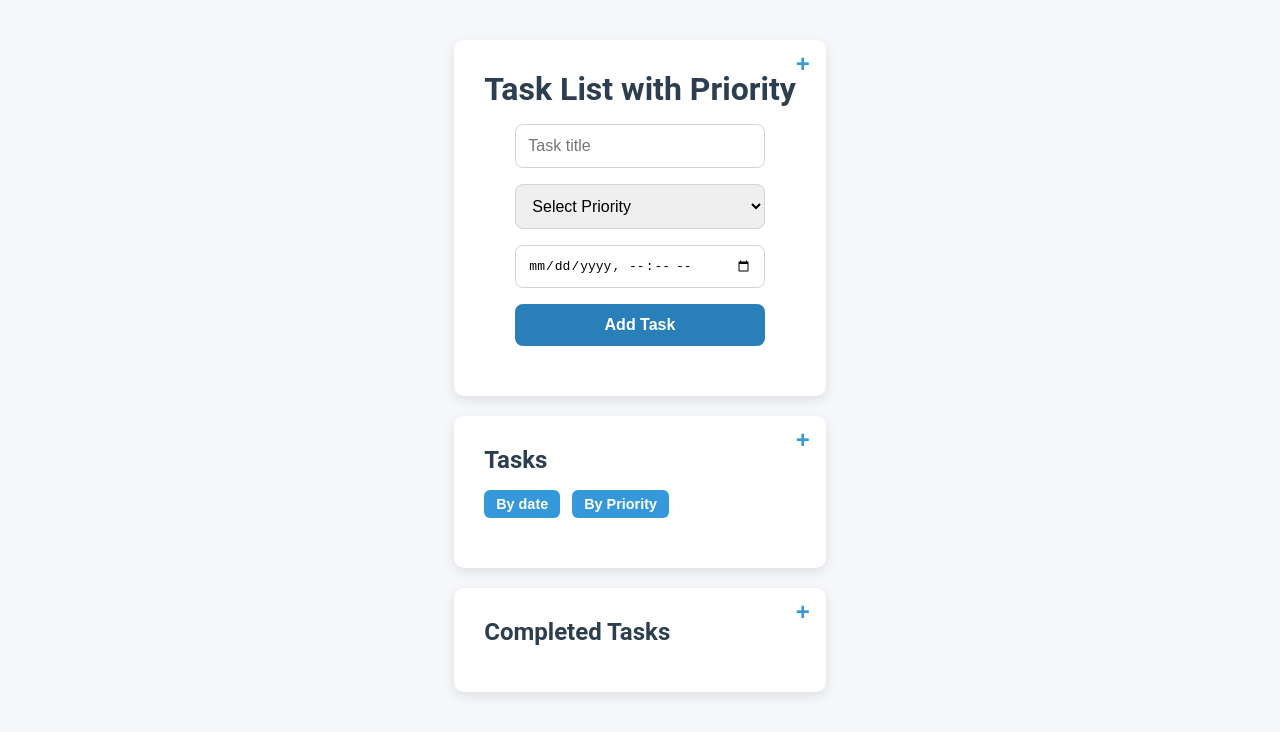
Repository: Lithium87/TaskList
Page: /
The author's editor kept a copy of each file at every save. The page is drawn from the files as they stood at one save, then again after the next save.
The browser window is 1280 px wide. The pictures show the whole page.
The project was rebuilt for these pictures with package versions that can differ from the ones it lists, and the page was loaded fresh each time. Also part of the build but not shown: vite.config.js.

Above is the page before, as saved 2025-07-08 16:28:09.

### src/index.css
/* General app styles */
* {
  box-sizing: border-box;
  margin: 0;
  padding: 0;
}

body {
  font-family: "Roboto", sans-serif;
  background-color: #f5f7fa;
  display: flex;
  justify-content: center;
  align-items: flex-start;
  min-height: 100vh;
  padding: 40px;
  color: #333;
}

.app {
  display: flex;
  flex-direction: column;
  gap: 20px;
  max-width: 500px;
  width: 100%;
}

/* Main container for current tasks and completed tasks */
.task-container,
.completed-task-container {
  position: relative;
  background-color: #ffffff;
  border-radius: 10px;
  box-shadow: 0 4px 12px rgba(0, 0, 0, 0.1);
  padding: 30px;
}

/* Headings */
h1,
h2 {
  color: #2c3e50;
  margin-bottom: 16px;
}

/* Completed Task toggle button */
.completed-header {
  display: flex;
  align-items: center;
  justify-content: space-between;
}

.toggle-button {
  background: none;
  border: none;
  cursor: pointer;
  font-size: 1.2em;
  color: #3498db;
  transition: transform 0.3s ease;
}

.toggle-button.open {
  transform: rotate(180deg);
}

/* Sort buttons container */
.sort-controls {
  display: flex;
  justify-content: start;
  align-items: center;
  gap: 12px;
  margin-bottom: 20px;
}

/* Close/open button for sections */
.close-button {
  background: none;
  border: none;
  font-size: 1.5em;
  font-weight: bold;
  color: #3498db;
  cursor: pointer;
  position: absolute;
  top: 10px;
  right: 16px;
  padding: 0;
  transition: color 0.3s, transform 0.3s ease;
}

.close-button.open {
  transform: rotate(135deg); /* Turns "×" into "+" */
  color: #2980b9;
}

.close-button:hover {
  color: #2980b9;
}

/* Sort buttons */
.sort-button {
  padding: 6px 12px;
  background-color: #3498db;
  border: none;
  color: white;
  font-size: 0.9em;
  font-weight: bold;
  border-radius: 6px;
  cursor: pointer;
  transition: background-color 0.3s;
}

.sort-button.active {
  background-color: #2980b9;
  font-weight: bold;
}

.sort-button:hover {
  background-color: #2980b9;
}

/* Task form styles */
.task-form {
  display: flex;
  flex-direction: column;
  align-items: center;
  margin-bottom: 20px;
  animation: fade-in 0.5s ease-in-out;
}

.task-form input[type="text"],
.task-form select,
.task-form input[type="datetime-local"] {
  margin: 0 0 16px 0;
  padding: 12px;
  border-radius: 8px;
  border: 1px solid #ced4da;
  width: 80%;
  font-size: 1em;
  transition: border 0.3s;
}

.task-form input:focus,
.task-form select:focus,
.task-form input[type="datetime-local"]:focus {
  outline: none;
  border-color: #3498db;
}

.task-form button {
  padding: 12px 24px;
  border: none;
  background-color: #2980b9;
  color: white;
  font-size: 1em;
  font-weight: bold;
  border-radius: 8px;
  cursor: pointer;
  transition: background-color 0.3s, transform 0.2s;
  width: 80%;
}

.task-form button:hover {
  background-color: #2980b9;
  transform: translateY(-2px);
}

/* Task list styles */
.task-list,
.completed-task-list {
  list-style-type: none;
  padding: 0;
  width: 100%;
}

/* Task item styles */
.task-item {
  padding: 15px;
  border-radius: 8px;
  display: flex;
  justify-content: space-between;
  align-items: center;
  margin: 10px 0;
  font-size: 1.1em;
  transition: transform 0.2s, opacity 0.3s;
  animation: fade-in 0.5s ease-in-out;
}

.task-item.high {
  background-color: #f8d7da;
  color: #721c24;
  border-left: 6px solid #f5c6cb;
}

.task-item.medium {
  background-color: #fff3cd;
  color: #856404;
  border-left: 6px solid #ffeeba;
}

.task-item.low {
  background-color: #d4edda;
  color: #155724;
  border-left: 6px solid #c3e6cb;
}

.task-item:hover {
  transform: scale(1.02);
}

.task-info {
  flex: 1;
  text-align: left;
}

/* Date text style */
.task-deadline {
  font-size: 0.85em;
  color: #666;
  margin-top: 5px;
}

/* Buttons container for vertical alignment */
.task-buttons {
  display: flex;
  flex-direction: column;
  gap: 6px;
}

/* Complete button */
.complete-button {
  padding: 6px 10px;
  background-color: #2ecc71;
  border: none;
  color: white;
  border-radius: 6px;
  font-size: 0.85em;
  font-weight: bold;
  cursor: pointer;
  transition: background-color 0.3s, transform 0.2s;
}

.complete-button:hover {
  background-color: #27ae60;
  transform: translateY(-2px);
}

/* Delete button */
.delete-button {
  padding: 6px 10px;
  background-color: #e74c3c;
  border: none;
  color: white;
  border-radius: 6px;
  font-size: 0.85em;
  font-weight: bold;
  cursor: pointer;
  transition: background-color 0.3s, transform 0.2s;
}

.delete-button:hover {
  background-color: #c0392b;
  transform: translateY(-2px);
}

/* Completed task item */
.task-item.completed {
  background-color: #e0f7df;
  color: #155724;
  border-left: 6px solid #a5d6a7;
  opacity: 0.9;
}

/* Animation for completed tasks */
.completed-task-list .task-item {
  animation: fade-in 0.5s ease-in-out;
}

@keyframes fade-in {
  from {
    opacity: 0;
    transform: translateY(-10px);
  }
  to {
    opacity: 1;
    transform: translateY(0);
  }
}

/* Completed task list container with smooth slide-down effect */
.completed-task-list-container {
  overflow: hidden;
  max-height: 0;
  opacity: 0;
  transition: max-height 0.5s ease, opacity 0.5s ease;
}

.completed-task-list-container.open {
  max-height: 500px; /* Adjust as needed */
  opacity: 1;
}

/* Completed task list section */
.completed-task-list,
.task-list {
  margin-top: 20px;
  padding-top: 10px;
  border-top: 2px solid #ddd;
}

.footer {
  text-align: center;
  margin-top: 20px;
  padding: 10px;
  background-color: #f0f0f0;
  font-size: 0.9em;
}

### src/App.jsx
function App () {
  return (
    <div className="app">
      <div className="task-container">
        <h1>Task List with Priority</h1>
        <button className="close-button">+</button>
        <TaskForm />
      </div>

      <div className="task-container">
        <h2>Tasks</h2>
        <button className="close-button">+</button>
        <div className="sort-controls">
          <button className="sort-button">By date</button>
          <button className="sort-button">By Priority</button>
        </div>
      </div>

      <div className="completed-task-container">
        <h2>Completed Tasks</h2>
        <button className="close-button">+</button>
      </div>
    </div>
  );
}

const TaskForm = () => {
  return (
    <form className="task-form">
      <input type="text" value={''} placeholder="Task title" required />
      <select value={''} required>
        <option value="" disabled>Select Priority</option>
        <option value="low">Low Priority</option>
        <option value="medium">Medium Priority</option>
        <option value="high">High Priority</option>
      </select>
      <input type="datetime-local" value={''} required />
      <button type="submit">Add Task</button>
    </form>
  );
};

export default App;

Loaded but not shown: src/main.jsx (common file)

After the next save:
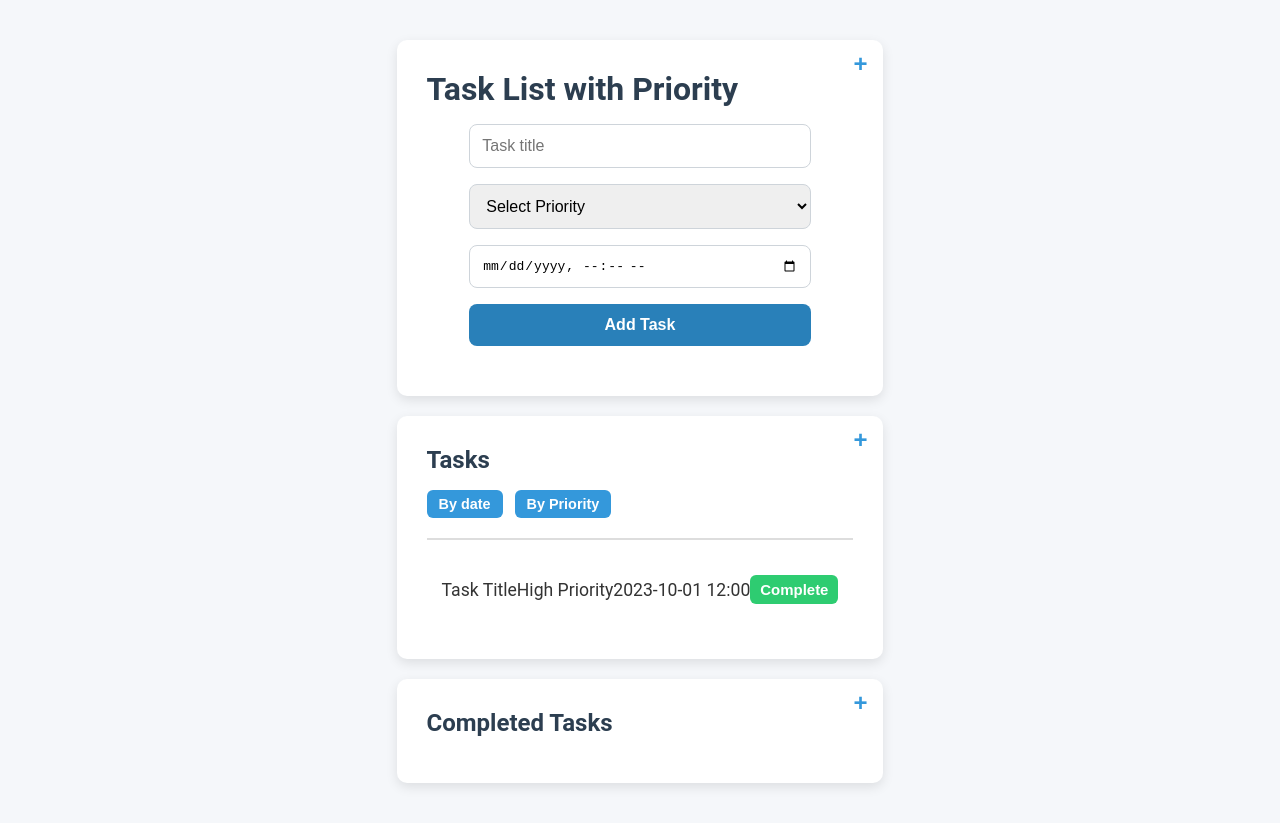
Saved 83 s later.
--- a/src/App.jsx
+++ b/src/App.jsx
@@ -14,6 +14,7 @@ function App () {
           <button className="sort-button">By date</button>
           <button className="sort-button">By Priority</button>
         </div>
+        <TaskList />
       </div>
 
       <div className="completed-task-container">
@@ -40,4 +41,18 @@ const TaskForm = () => {
   );
 };
 
+const TaskList = () => {
+  return (
+    <ul className="task-list">
+      {/* Example task item */}
+      <li className="task-item">
+        <span>Task Title</span>
+        <span className="priority">High Priority</span>
+        <span className="due-date">2023-10-01 12:00</span>
+        <button className="complete-button">Complete</button>
+      </li>
+    </ul>
+  );
+};
+
 export default App;
